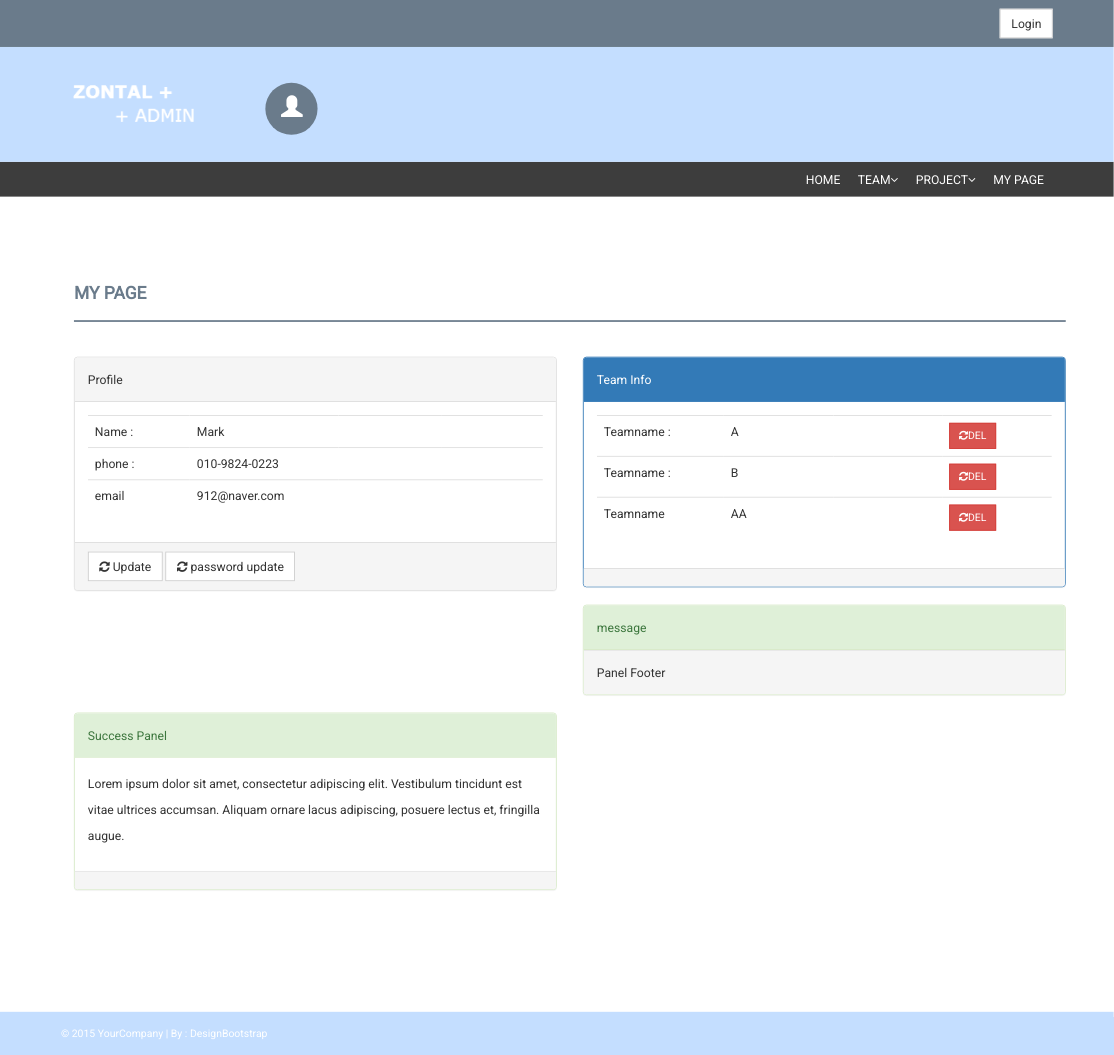
Repository: hwju91/skuniv
Page: http://localhost/0903.2/WEB-INF/jsp/mypage.jsp
The author's editor kept a copy of each file at every save. The page is drawn from the files as they stood at one save, then again after the next save.
The browser window is 1280 px wide. The pictures show the whole page, at 87% of full size.
The page is served by Tomcat 9. Nobody is signed in. Other server files are loaded and not shown. The template is opened directly, without the code that normally fills it, so the values that code supplies are empty.

Above is the page before, as saved 2016-09-06 10:26:52.

### 0903.2/WebContent/WEB-INF/jsp/mypage.jsp
<%@ page language="java" contentType="text/html; charset=UTF-8"
	pageEncoding="UTF-8"%>
<jsp:include page="header_index.jsp" />
<jsp:include page="nav.jsp" />
<jsp:include page="menu_mypage.jsp" />


 <div class="content-wrapper">
            <div class="container">

            <div class="row">
				<div class="col-md-12">
					<h1 class="page-head-line">My page</h1>
				</div>
			</div>


			 <div class="row">
                <div class="col-md-6 col-sm-6">
                    <div class="panel panel-default">
                        <div class="panel-heading">
                            Profile
                        </div>
                        <div class="panel-body">
                            <div class="table-responsive">
                                <table class="table">
                                    <thead>
                                        <!-- <tr>
                                            <th>#</th>
                                            <th>First Name</th>
                                            <th>Last Name</th>
                                            <th>Username</th>
                                        </tr> -->
                                    </thead>
                                    <tbody>
                                        <tr>
                                            <td>Name :</td>
                                            <td>Mark</td>
                                            <td> </td>
                                            <td> </td>
                                        </tr>
                                        <tr>
                                            <td>phone : </td>
                                            <td>010-9824-0223</td>
                                            <td></td>
                                            <td></td>
                                        </tr>
                                        <tr>
                                            <td>email</td>
                                            <td>912@naver.com</td>
                                            <td></td>
                                            <td></td>
                                        </tr>

                                    </tbody>
                                </table>
                            </div>
                        </div>


                        <div class="panel-footer">
                            <a href="#" class="btn btn-default"><i class=" fa fa-refresh "></i> Update</a>
                            <a href="#" class="btn btn-default"><i class=" fa fa-refresh "></i> password update</a>
                        </div>
                    </div>

                </div>

                <div class="col-md-6 col-sm-6">
                    <div class="panel panel-primary">
                        <div class="panel-heading">
                            	Team Info
                        </div>
                         <div class="panel-body">
                            <div class="table-responsive">
                                <table class="table">
                                    <thead>
                                        <!-- <tr>
                                            <th>#</th>
                                            <th>First Name</th>
                                            <th>Last Name</th>
                                            <th>Username</th>
                                        </tr> -->
                                    </thead>
                                    <tbody>
                                        <tr>
                                            <td>Teamname :</td>
                                            <td>A</td>
                                            <td> </td>
                                            <td>  <a href="#" class="btn btn-danger btn-sm"><i class=" fa fa-refresh "></i>DEL</a></td>
                                        </tr>
                                        <tr>
                                            <td>Teamname : </td>
                                            <td>B</td>
                                            <td></td>
                                            <td><a href="#" class="btn btn-danger btn-sm"><i class=" fa fa-refresh "></i>DEL</a></td>
                                        </tr>
                                        <tr>
                                            <td>Teamname</td>
                                            <td>AA</td>
                                            <td></td>
                                            <td><a href="#" class="btn btn-danger btn-sm"><i class=" fa fa-refresh "></i>DEL</a></td>
                                        </tr>

                                    </tbody>
                                </table>
                            </div>
                        </div>
                        <div class="panel-footer">
                        </div>
                    </div>
                </div>
                <div class="col-md-6 col-sm-6">
                    <div class="panel panel-success">
                        <div class="panel-heading">
                            message
                        </div>

                        <div class="panel-footer">
                            Panel Footer
                        </div>
                    </div>
                </div>

                 <div class="col-md-6 col-sm-6">
                    <div class="panel panel-success">
                        <div class="panel-heading">
                            Success Panel
                        </div>
                        <div class="panel-body">
                            <p>Lorem ipsum dolor sit amet, consectetur adipiscing elit. Vestibulum tincidunt est vitae ultrices accumsan. Aliquam ornare lacus adipiscing, posuere lectus et, fringilla augue.</p>
                        </div>
                        <div class="panel-footer">
                             <!-- <a href="#" class="btn btn-default"><i class=" fa fa-refresh "></i> password update</a> -->
                        </div>
                    </div>
                </div>
            </div>

            <!-- <div class="row">
                <div class="col-md-10 col-sm-10">
                    <div class="panel panel-default">
                        <div class="panel-heading">
                            Basic Tabs
                        </div>
                        <div class="panel-body">
                            <ul class="nav nav-tabs">
                                <li class="active"><a href="#team" data-toggle="tab">Home</a>
                                </li>
                                <li class=""><a href="#profile" data-toggle="tab">Profile</a>
                                </li>
                                <li class=""><a href="#messages" data-toggle="tab">Messages</a>
                                </li>
                                <li class=""><a href="#settings" data-toggle="tab">Settings</a>
                                </li>
                            </ul>

                            <div class="tab-content">
                                <div class="tab-pane fade active in" id="team">
                                    <h4>Home Tab</h4>
                                    <p>Lorem ipsum dolor sit amet, consectetur adipisicing elit, sed do eiusmod tempor incididunt ut labore et dolore magna aliqua. Ut enim ad minim veniam, quis nostrud exercitation ullamco laboris nisi ut aliquip ex ea commodo consequat. Duis aute irure dolor in reprehenderit in voluptate velit esse cillum dolore eu fugiat nulla pariatur. Excepteur sint occaecat cupidatat non proident, sunt in culpa qui officia deserunt mollit anim id est laborum.</p>
                                </div>
                                <div class="tab-pane fade" id="profile">
                                    <h4>Profile Tab</h4>
                                    <p>Lorem ipsum dolor sit amet, consectetur adipisicing elit, sed do eiusmod tempor incididunt ut labore et dolore magna aliqua. Ut enim ad minim veniam, quis nostrud exercitation ullamco laboris nisi ut aliquip ex ea commodo consequat. Duis aute irure dolor in reprehenderit in voluptate velit esse cillum dolore eu fugiat nulla pariatur. Excepteur sint occaecat cupidatat non proident, sunt in culpa qui officia deserunt mollit anim id est laborum.</p>
                                </div>
                                <div class="tab-pane fade" id="messages">
                                    <h4>Messages Tab</h4>
                                    <p>Lorem ipsum dolor sit amet, consectetur adipisicing elit, sed do eiusmod tempor incididunt ut labore et dolore magna aliqua. Ut enim ad minim veniam, quis nostrud exercitation ullamco laboris nisi ut aliquip ex ea commodo consequat. Duis aute irure dolor in reprehenderit in voluptate velit esse cillum dolore eu fugiat nulla pariatur. Excepteur sint occaecat cupidatat non proident, sunt in culpa qui officia deserunt mollit anim id est laborum.</p>
                                </div>
                                <div class="tab-pane fade" id="settings">
                                    <h4>Settings Tab</h4>
                                    <p>Lorem ipsum dolor sit amet, consectetur adipisicing elit, sed do eiusmod tempor incididunt ut labore et dolore magna aliqua. Ut enim ad minim veniam, quis nostrud exercitation ullamco laboris nisi ut aliquip ex ea commodo consequat. Duis aute irure dolor in reprehenderit in voluptate velit esse cillum dolore eu fugiat nulla pariatur. Excepteur sint occaecat cupidatat non proident, sunt in culpa qui officia deserunt mollit anim id est laborum.</p>
                                </div>
                            </div>
                        </div>
                    </div>
                </div>

            </div> -->


        </div><!-- container end -->
    </div><!-- content-wrapper  -->



<jsp:include page="footer.jsp" />

### 0903.2/WebContent/WEB-INF/jsp/header_index.jsp
<%@ page language="java" contentType="text/html; charset=UTF-8"
    pageEncoding="UTF-8"%>
<!DOCTYPE html PUBLIC "-//W3C//DTD HTML 4.01 Transitional//EN" "http://www.w3.org/TR/html4/loose.dtd">
<html>
<head>
    <title>Winder</title>

    <link href="css/bootstrap.css" rel="stylesheet" />
    <link href="css/font-awesome.css" rel="stylesheet" />
    <link href="css/style.css" rel="stylesheet" />

	<style>
		.carousel-inner > .item > img,
		.carousel-inner > .item > a > img {
	      width: 90%;
	      height: 500px;
	      margin: auto;
	    }
	</style>

</head>
</head>

### 0903.2/WebContent/WEB-INF/jsp/nav.jsp
<%@ page language="java" contentType="text/html; charset=UTF-8"
    pageEncoding="UTF-8"%>
<body>
    <header>
        <div class="container">
            <div class="row">
                <div class="col-md-12">
                    <!-- <strong>Email: </strong>info@yourdomain.com
                    &nbsp;&nbsp;
                    <strong>Support: </strong>+90-897-678-44 -->
                    <%
                    if("loginok".equals((String)session.getAttribute("loginchk"))){
                    	%>
                    	<a class="btn btn-default" href="logout">Logout</a>
                    <%}
                    else{
                    %>
                    	<a class="btn btn-default" href="login">Login</a>
                    <% }%>

                </div>

            </div>
        </div>
    </header>
    <!-- HEADER END-->
    <div class="navbar navbar-inverse set-radius-zero">
        <div class="container">
            <div class="navbar-header">
                <button type="button" class="navbar-toggle" data-toggle="collapse" data-target=".navbar-collapse">
                    <span class="icon-bar"></span>
                    <span class="icon-bar"></span>
                    <span class="icon-bar"></span>
                </button>
                <a class="navbar-brand" href="index.html">
                    <img src="img/logo.png" />
                </a>

            </div>

            <div class="left-div">
                <div class="user-settings-wrapper">
                    <ul class="nav">

                        <li class="dropdown">
                            <a class="dropdown-toggle" data-toggle="dropdown" href="#" aria-expanded="false">
                                <span class="glyphicon glyphicon-user" style="font-size: 25px;"></span>
                            </a>
                            <div class="dropdown-menu dropdown-settings" style="color: #fff">
                                <div class="media">
                                    <a class="media-left" href="#">
                                        <img src="img/64-64.jpg" alt="" class="img-rounded" />
                                    </a>
                                    <div class="media-body">
                                        <h4 class="media-heading">Jhon Deo Alex </h4>
                                        <h5>Developer & Designer</h5>

                                    </div>
                                </div>
                                <hr />
                                <h5><strong>Personal Bio : </strong></h5>
                                Anim pariatur cliche reprehen derit.
                                <hr />
                                <a href="#" class="btn btn-info btn-sm">Full Profile</a>&nbsp; <a href="login.html" class="btn btn-danger btn-sm">Logout</a>

                            </div>
                        </li>


                    </ul>
                </div>
            </div>
        </div>
    </div>
    <!-- LOGO HEADER END-->

### 0903.2/WebContent/WEB-INF/jsp/menu_mypage.jsp
<%@ page language="java" contentType="text/html; charset=UTF-8"
    pageEncoding="UTF-8"%>
<%@taglib prefix="c"  uri="http://java.sun.com/jsp/jstl/core" %>
<section class="menu-section">
        <div class="container">
            <div class="row">
                <div class="col-md-12">
                    <div class="navbar-collapse collapse ">
                        <ul id="menu-top" class="nav navbar-nav navbar-right">
                            <li><a class="menu-top" href="home">Home</a></li>
                            <li class="dropdown">
                                <a href="#" class="dropdown-toggle" data-toggle="dropdown">Team<i class="fa fa-angle-down"></i></a>
                                <ul class="dropdown-menu">
                                    <li><a href="teamCreateform">팀 생성</a></li>
                                    <c:forEach items="${teammenu }" var="tmenu">
                                    <li><a href="projectlist?tno=${tmenu.tno }">${tmenu.name }</a></li>
                                    </c:forEach>
                                </ul>
                            </li>
                            <li class="dropdown">
                                <a href="#" class="dropdown-toggle" data-toggle="dropdown">Project<i class="fa fa-angle-down"></i></a>
                                <ul class="dropdown-menu">
                                    <li><a href="projectform">프로젝트 생성</a></li>
                                    <c:forEach items="${projectmenu }" var="pmenu">
                                    <li><a href="projectmain?pno=${pmenu.pno }">${pmenu.name }</a></li>
                                    </c:forEach>
                                </ul>
                            </li>
                             <li><a class="menu-top" href="mypage">My Page</a></li>

                        </ul>
                    </div>
                </div>

            </div>
        </div>
    </section>
    <!-- MENU SECTION END-->
    <div class="content-wrapper">
        <div class="container">

### 0903.2/WebContent/WEB-INF/jsp/footer.jsp
<%@ page language="java" contentType="text/html; charset=UTF-8"
    pageEncoding="UTF-8"%>
 </div>
    </div>
    <!-- CONTENT-WRAPPER SECTION END-->
    <footer>
        <div class="container">
            <div class="row">
                <div class="col-md-12">
                    &copy; 2015 YourCompany | By : <a href="http://www.designbootstrap.com/" target="_blank">DesignBootstrap</a>
                </div>

            </div>
        </div>
    </footer>
    <!-- script -->
<script src="js/jquery-2.2.3.min.js"></script>
<script src="js/bootstrap.js"></script>
</body>
</html>

Loaded but not shown: 0903.2/WebContent/css/bootstrap.css (library); 0903.2/WebContent/css/font-awesome.css (library); 0903.2/WebContent/js/jquery-2.2.3.min.js (library); 0903.2/WebContent/js/bootstrap.js (library); 0903.2/WebContent/css/style.css (314 lines, source omitted)

After the next save:
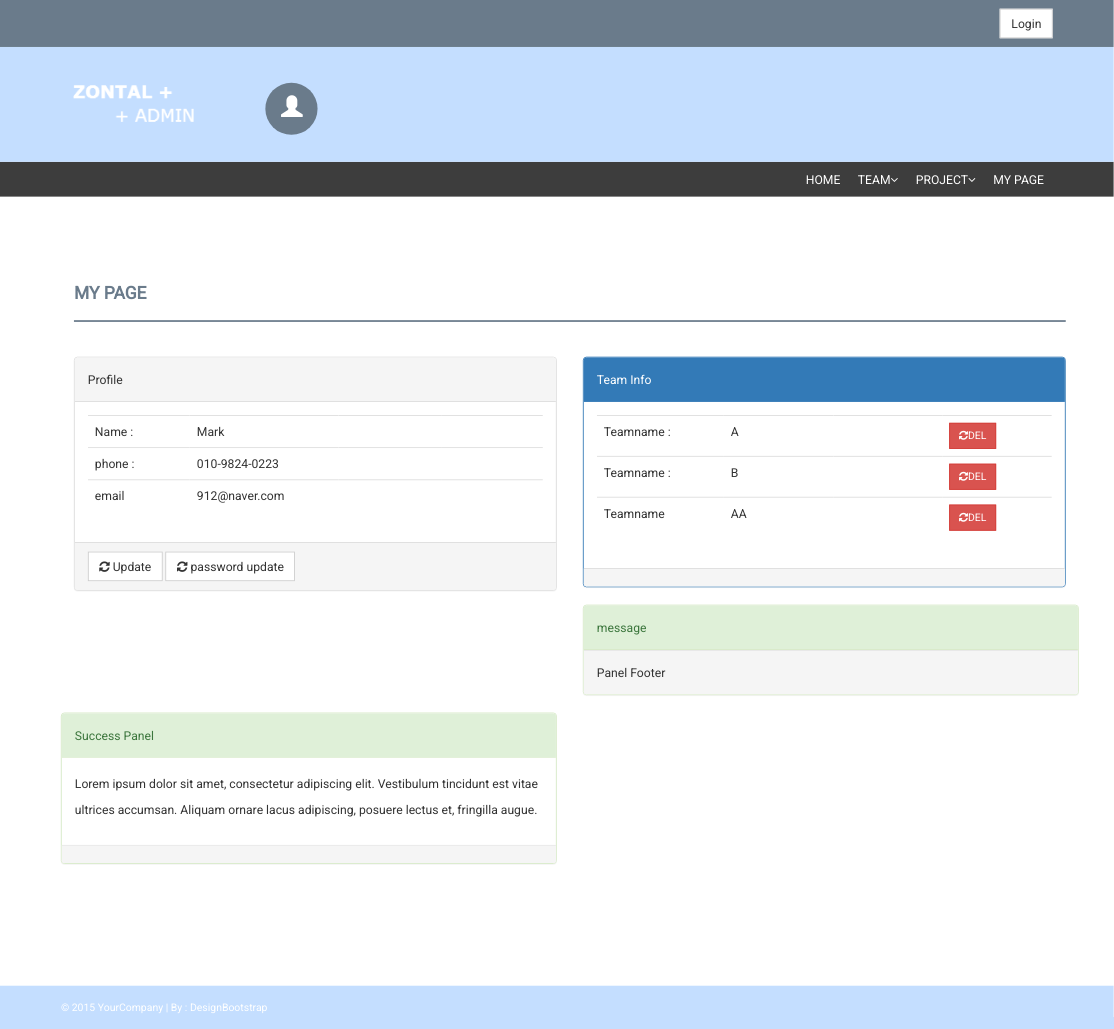
Saved 32 s later.
--- a/0903.2/WebContent/WEB-INF/jsp/mypage.jsp
+++ b/0903.2/WebContent/WEB-INF/jsp/mypage.jsp
@@ -110,6 +110,7 @@
                         </div>
                     </div>
                 </div>
+                <div class="row">
                 <div class="col-md-6 col-sm-6">
                     <div class="panel panel-success">
                         <div class="panel-heading">
@@ -135,6 +136,7 @@
                         </div>
                     </div>
                 </div>
+            </div>
             </div>
 
             <!-- <div class="row">

After the save that followed:
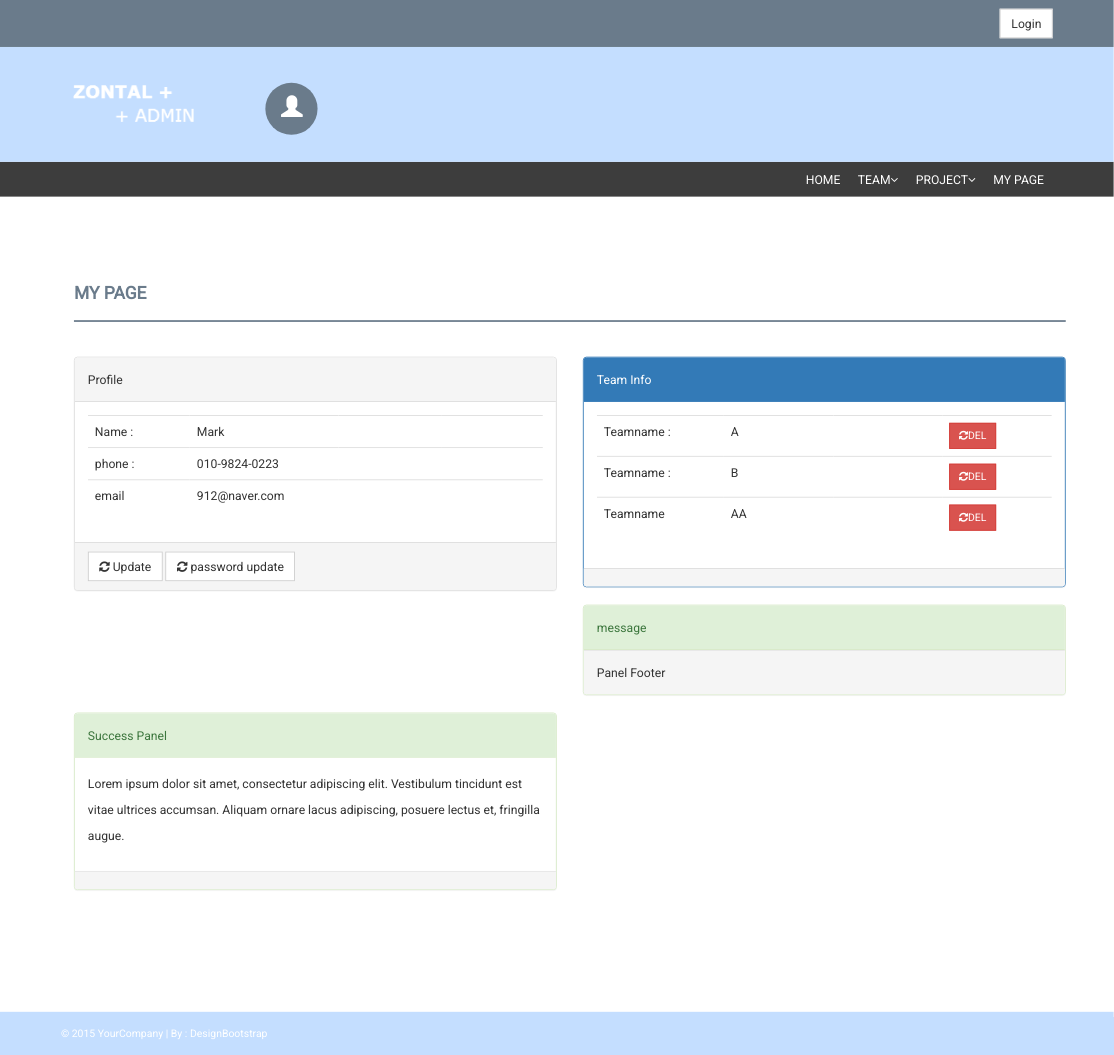
Saved 16 s later.
--- a/0903.2/WebContent/WEB-INF/jsp/mypage.jsp
+++ b/0903.2/WebContent/WEB-INF/jsp/mypage.jsp
@@ -110,7 +110,6 @@
                         </div>
                     </div>
                 </div>
-                <div class="row">
                 <div class="col-md-6 col-sm-6">
                     <div class="panel panel-success">
                         <div class="panel-heading">
@@ -136,7 +135,6 @@
                         </div>
                     </div>
                 </div>
-            </div>
             </div>
 
             <!-- <div class="row">
